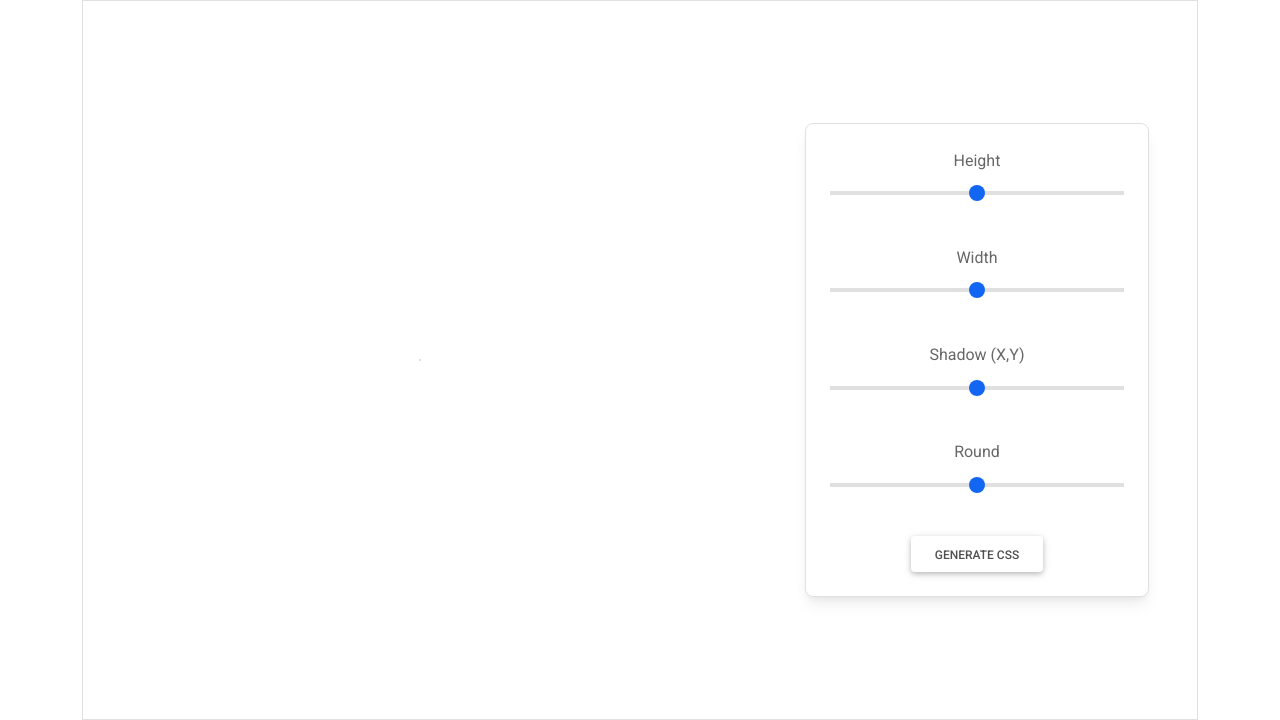
Repository: USaditya98/card-generator
Page: index.html
The author's editor kept a copy of each file at every save. The page is drawn from the files as they stood at one save, then again after the next save.
The browser window is 1280 px wide. The pictures show the whole page.

Above is the page before, as saved 2021-10-20 13:22:05.

After the next save:
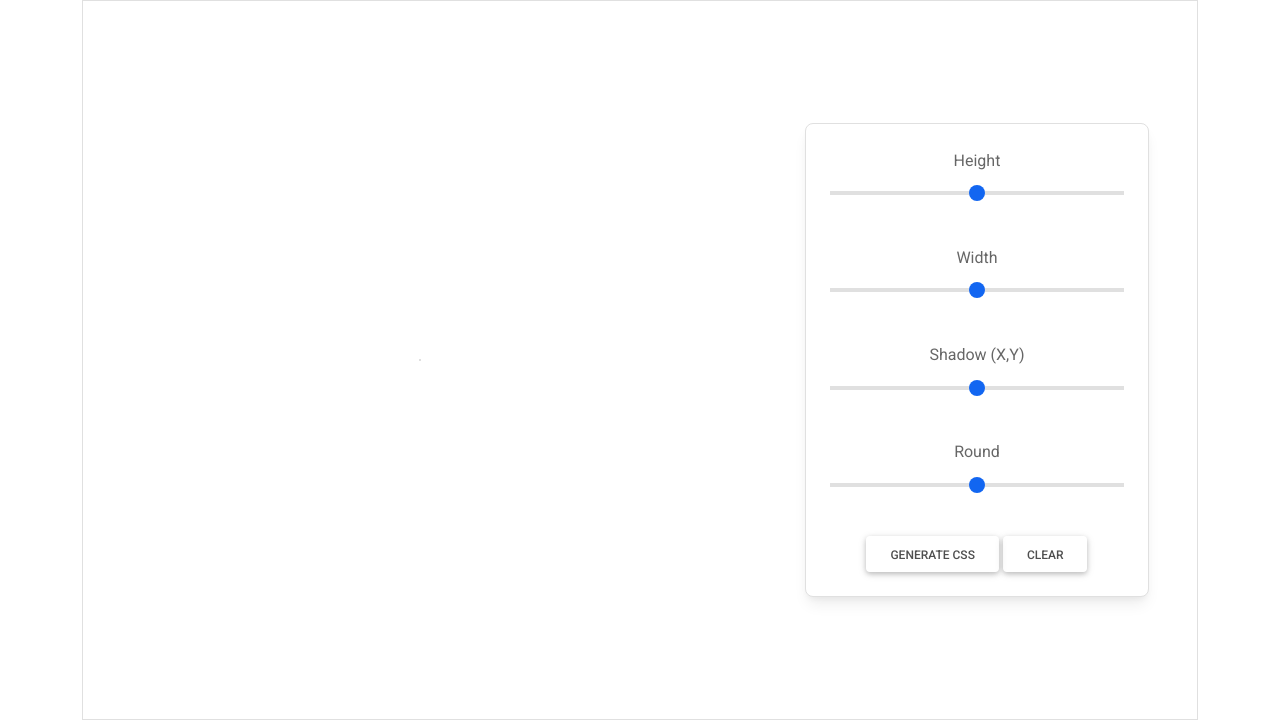
Saved 4 s later.
--- a/index.html
+++ b/index.html
@@ -52,6 +52,7 @@
               </div>
               <div class="m-3">
                   <button class="btn" id="cssBtn">Generate CSS</button>
+                  <button class="btn" id="clear" onclick="clearcontent()">Clear</button>
               </div>
             </div>
             <code id="generatedCss" >
